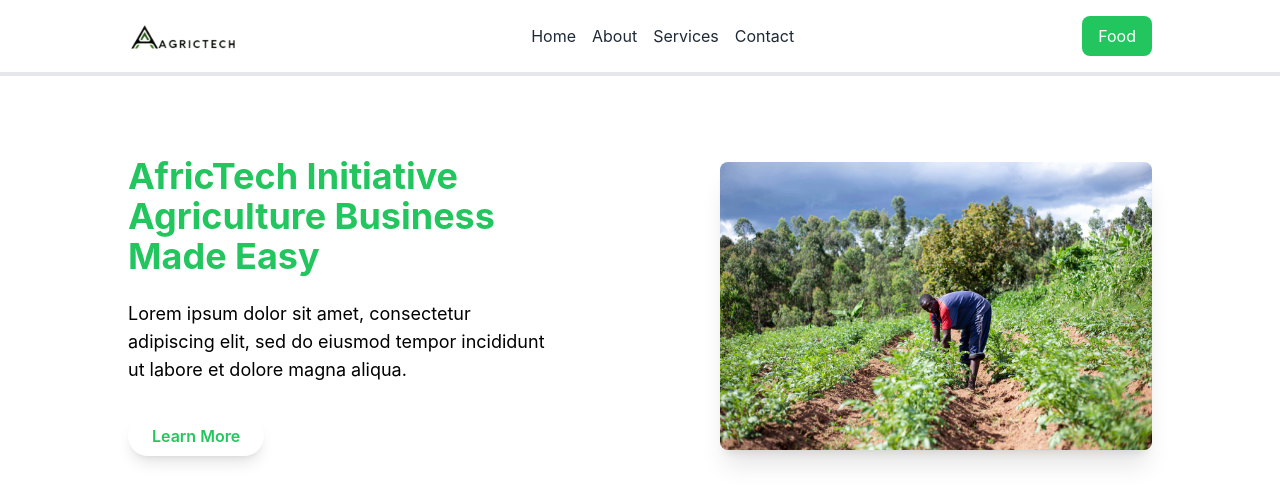
Repository: akinolapo/agric-tech
Page: /
The author's editor kept a copy of each file at every save. The page is drawn from the files as they stood at one save, then again after the next save.
The browser window is 1280 px wide. The pictures show the whole page.
The project was rebuilt for these pictures with package versions that can differ from the ones it lists, and the page was loaded fresh each time.

Above is the page before, as saved 2023-05-27 00:18:42.

### src/App.js
import React from 'react'
import Header from './components/Header'
import Hero from './components/Hero'

const App = () => {
  return (
    <div>
      <Header/>
      <Hero/>
    </div>
  )
}

export default App

### src/components/Header.jsx
import React, { useState } from 'react';

const Header = () => {
  const [isMenuOpen, setIsMenuOpen] = useState(false);

  const toggleMenu = () => {
    setIsMenuOpen(!isMenuOpen);
  };

  const closeMenu = () => {
    setIsMenuOpen(false);
  };

  return (
    <header className="bg-white border-b-4">
      <div className="container mx-auto flex justify-between items-center py-4 px-5 sm:px-32">
        <div className="flex items-center">
          <img
            src={process.env.PUBLIC_URL+`media/logo.png`}
            alt="Logo"
            className="h-8 w-auto"
          />
        </div>
        <div className="hidden md:flex space-x-4">
          <a href="#" className="text-gray-800 hover:text-gray-600">Home</a>
          <a href="#" className="text-gray-800 hover:text-gray-600">About</a>
          <a href="#" className="text-gray-800 hover:text-gray-600">Services</a>
          <a href="#" className="text-gray-800 hover:text-gray-600">Contact</a>
        </div>
        <div className="md:hidden">
          <button
            type="button"
            className="flex items-center p-2 rounded-md text-gray-800 hover:text-gray-600 focus:outline-none"
            onClick={toggleMenu}
          >
            <svg
              xmlns="http://www.w3.org/2000/svg"
              className="h-6 w-6"
              fill="none"
              viewBox="0 0 24 24"
              stroke="currentColor"
            >
              <path
                strokeLinecap="round"
                strokeLinejoin="round"
                strokeWidth="2"
                d="M4 6h16M4 12h16M4 18h16"
              />
            </svg>
          </button>

        </div>
        <div className="hidden md:block">
          <button
            type="button"
            className="bg-green-500 text-white rounded-lg py-2 px-4"
          >
            Food
          </button>
        </div>
      </div>
      <div>
          {isMenuOpen && (
            <div className="mt-2 w-full">
              <ul className="bg-white border rounded-md divide-y divide-gray-200 shadow-md">
                <li className="py-2 px-4">
                  <a href="#" className="text-gray-800 hover:text-gray-600">Home</a>
                </li>
                <li className="py-2 px-4">
                  <a href="#" className="text-gray-800 hover:text-gray-600">About</a>
                </li>
                <li className="py-2 px-4">
                  <a href="#" className="text-gray-800 hover:text-gray-600">Services</a>
                </li>
                <li className="py-2 px-4">
                  <a href="#" className="text-gray-800 hover:text-gray-600">Contact</a>
                </li>
                <li className="py-2 px-4">
                  <button
                    type="button"
                    className="bg-green-500 text-white rounded-lg py-2 px-4 w-full"
                  >
                    Food
                  </button>
                </li>
              </ul>
              <div className="absolute top-0 right-0 p-2">
              </div>
            </div>
          )}
          </div>
    </header>
  );
};

export default Header;

### src/components/Hero.jsx
import React from 'react';

const Hero = () => {
  return (
    <section className="bg-white text-black py-20 px-5 sm:px-32">
      <div className="container mx-auto flex flex-col lg:flex-row items-center gap-40">
        <div className="lg:w-1/2">
          <h1 className="text-4xl font-bold mb-6 text-green-500">AfricTech Initiative Agriculture Business Made Easy</h1>
          <p className="text-lg mb-8">Lorem ipsum dolor sit amet, consectetur adipiscing elit, sed do eiusmod tempor incididunt ut labore et dolore magna aliqua.</p>
          <button className="bg-white text-green-500 py-2 px-6 rounded-full font-semibold shadow-lg hover:shadow-xl transition duration-300">Learn More</button>
        </div>
        <div className="lg:w-1/2">
          <img src={process.env.PUBLIC_URL+`media/hero.jpg`}alt="Agriculture" className="rounded-lg shadow-xl" />
        </div>
      </div>
    </section>
  );
};

export default Hero;

Loaded but not shown: public/index.html (common file); src/index.js (common file); src/index.css (common file); tailwind.config.js (common file)

After the next save:
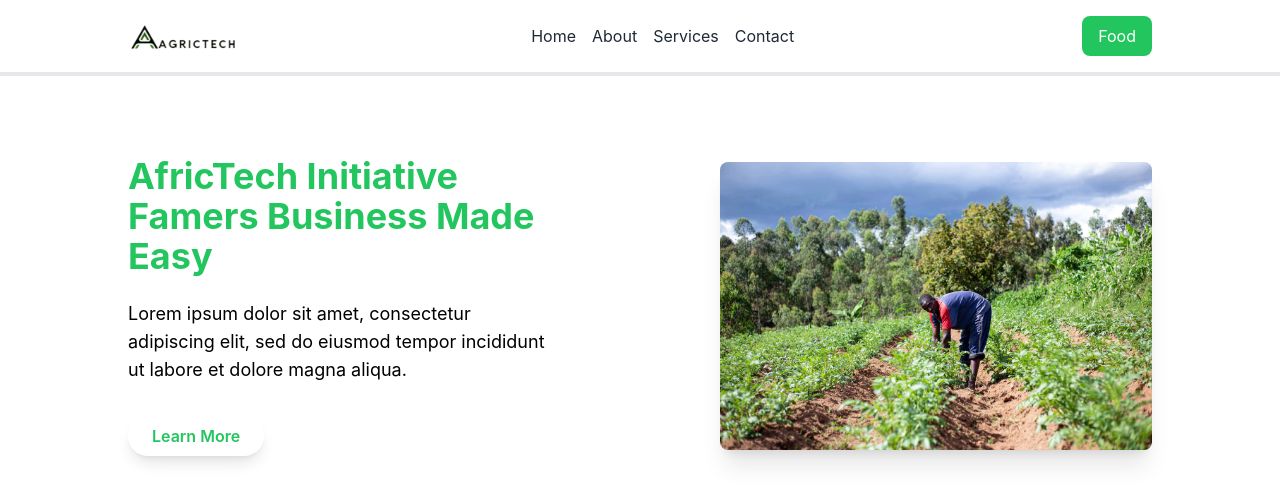
Saved 12 s later.
--- a/src/components/Hero.jsx
+++ b/src/components/Hero.jsx
@@ -5,7 +5,7 @@ const Hero = () => {
     <section className="bg-white text-black py-20 px-5 sm:px-32">
       <div className="container mx-auto flex flex-col lg:flex-row items-center gap-40">
         <div className="lg:w-1/2">
-          <h1 className="text-4xl font-bold mb-6 text-green-500">AfricTech Initiative Agriculture Business Made Easy</h1>
+          <h1 className="text-4xl font-bold mb-6 text-green-500">AfricTech Initiative Famers Business Made Easy</h1>
           <p className="text-lg mb-8">Lorem ipsum dolor sit amet, consectetur adipiscing elit, sed do eiusmod tempor incididunt ut labore et dolore magna aliqua.</p>
           <button className="bg-white text-green-500 py-2 px-6 rounded-full font-semibold shadow-lg hover:shadow-xl transition duration-300">Learn More</button>
         </div>
